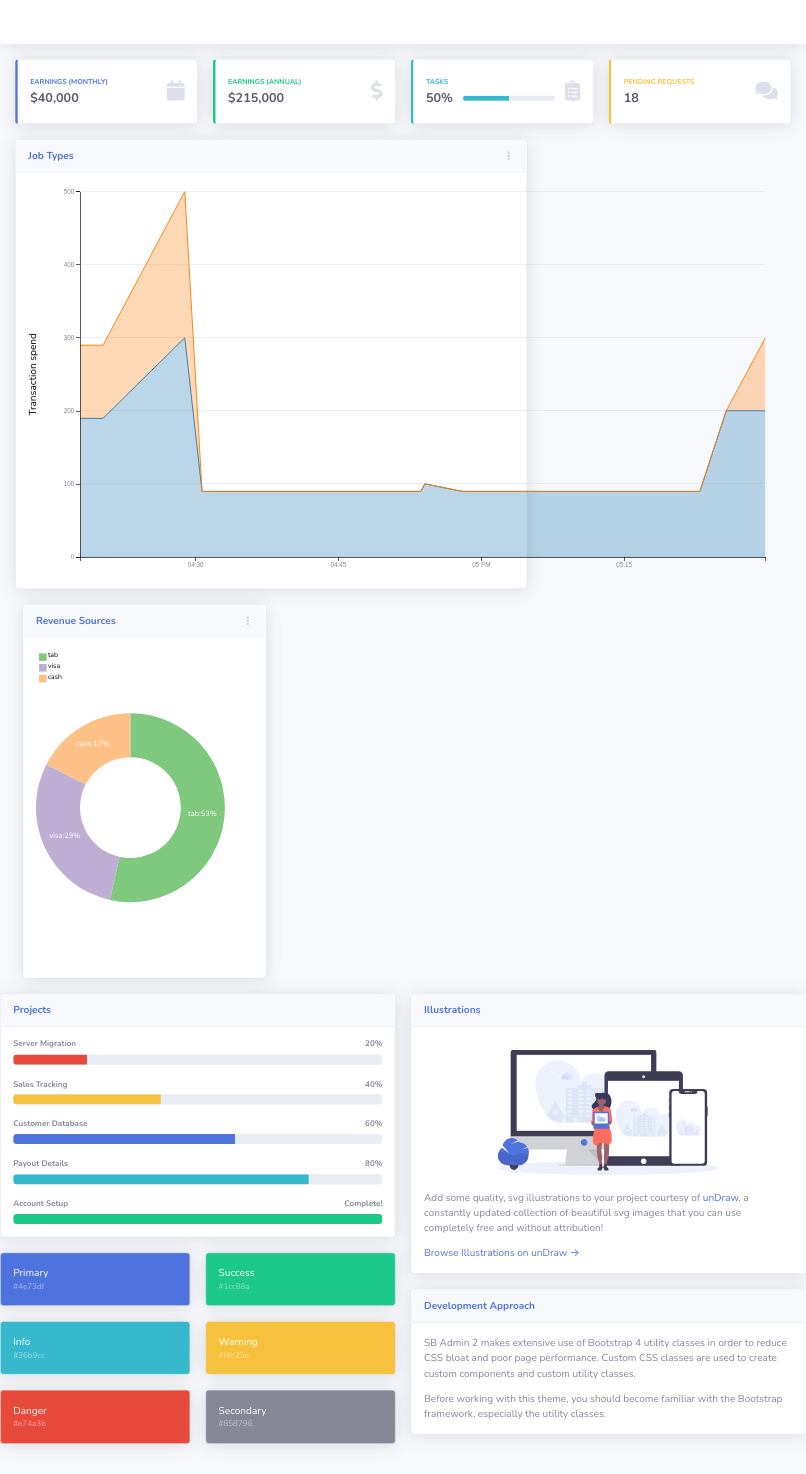
Repository: fLavery/NodeDashboard
Page: index.html
The author's editor kept a record of every edit. The page is drawn from the files as they stood at one moment, then again after the next edit.
The browser window is 1280 px wide. The pictures show the whole page, at 63% of full size.

Above is the page before.
Console error: TypeError: Cannot read properties of null (reading 'length')

After the next edit:
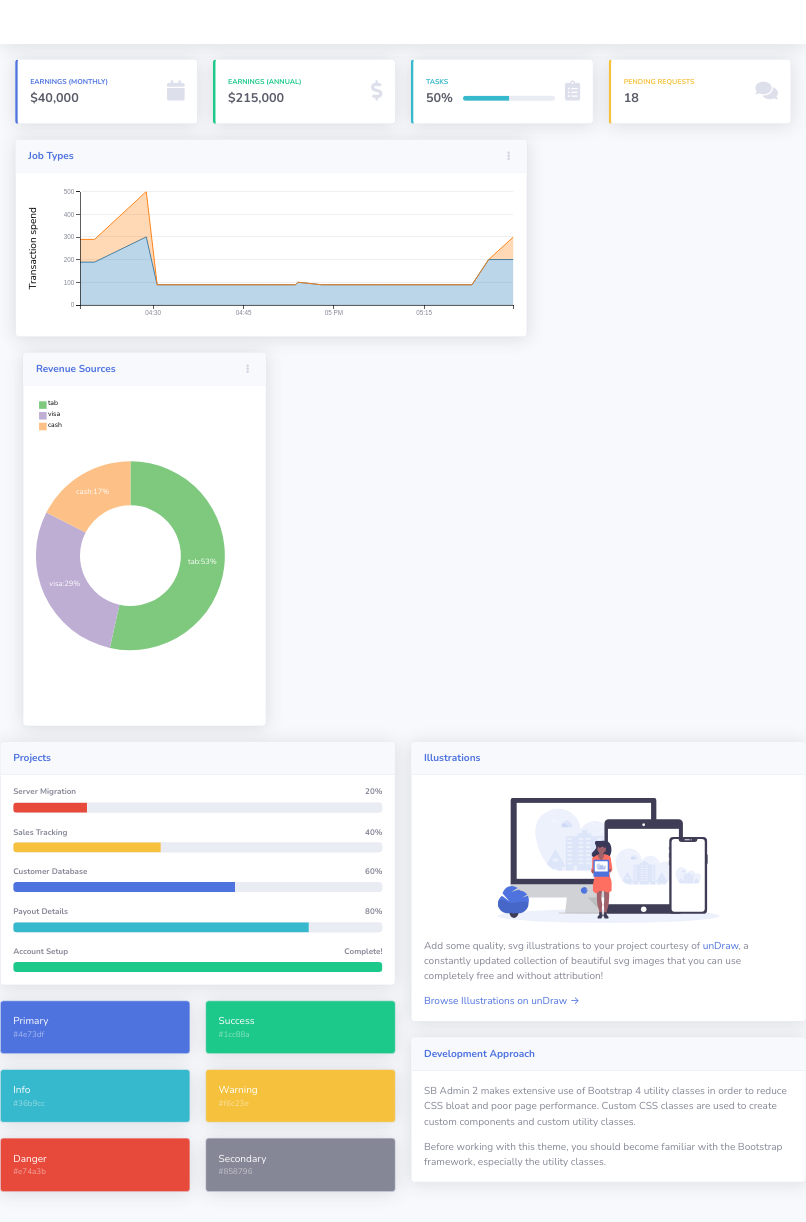
The edit:
--- a/index.html
+++ b/index.html
@@ -253,7 +253,7 @@
                     lineChart.xAxis().ticks(4);
 
 
-                    apply_resizing(lineChart, 100);
+                    apply_resizing(lineChart, 500, 500);
 
 
                     dc.renderAll();
